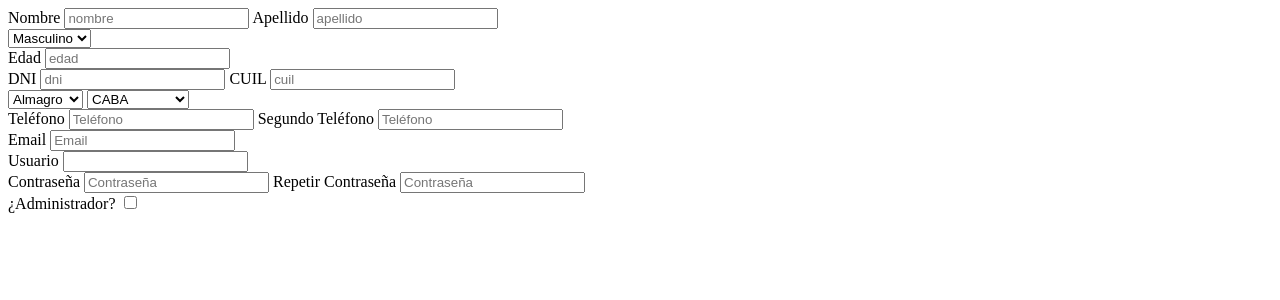
Repository: oskiman18/TP-Final
Page: http://localhost/Tp_integrador_grupo_2/perfil.jsp
These files come from the project's save history. The page is drawn as it stood at one moment and after the next save; the edit follows.
The browser window is 1280 px wide. The pictures show the whole page.
The page is served by Tomcat 9.

Above is the page before, as saved 2021-06-23 16:30:51.

### Tp_integrador_grupo_2/src/main/webapp/perfil.jsp
<%@ page language="java" contentType="text/html; charset=ISO-8859-1"
    pageEncoding="ISO-8859-1"%>
<!DOCTYPE html>
<html>
<head>
<meta charset="ISO-8859-1">
<title> Home </title>
</head>

	<body>
		<form>
			<div>
				<label for='nombre'>Nombre</label>
				<input name='nombre' type='text' placeholder='nombre'>

				<label for='apellido'>Apellido</label>
				<input name='apellido' type='text' placeholder='apellido'>
			</div>

			<div>
				<select>
					<option value='1'> Masculino </option>
					<option value='2'> Femenino </option>
					<option value='3'> Otro </option>
				</select>
			</div>

			<div>
				<label for='edad'>Edad</label>
				<input name='edad' type='number' placeholder='edad'>
			</div>

			<div>
				<label for='dni'>DNI</label>
				<input name='dni' type='number' placeholder='dni'>

				<label for='cuil'>CUIL</label>
				<input name='cuil' type='number' placeholder='cuil'>
			</div>

			<div>
				<select>
					<option value='1'>Almagro</option>
					<option value='2'> Atacama </option>
					<option value='3'> Boedo </option>
				</select>
				<select>
					<option value='1'> CABA </option>
					<option value='2'> Buenos Aires </option>
				</select>
			</div>

			<div>
				<label for='tel'>Teléfono</label>
				<input name='tel' type='number' placeholder='Teléfono'>

				<label for='tel2'>Segundo Teléfono</label>
				<input name='tel2' type='number' placeholder='Teléfono'>
			</div>

			<div>
				<label for='email'>Email</label>
				<input name='email' type='number' placeholder='Email'>
			</div>

		<div>
			<label for='usuario'>Usuario</label>
			<input name='usuario' 'placeholder='usuario'>
		</div>

		<div>
			<label for='pass'> Contraseña </label>
			<input name='pass' type='password' placeholder='Contraseña'>

			<label for='pass2'> Repetir Contraseña </label>
			<input name='pass2' type='password' placeholder='Contraseña'>
		</div>

		<label for='Administrador'>¿Administrador?</label>
		<input type='checkbox' name='Administrador'>

		</form>
	</body>

</html>

After the next save:
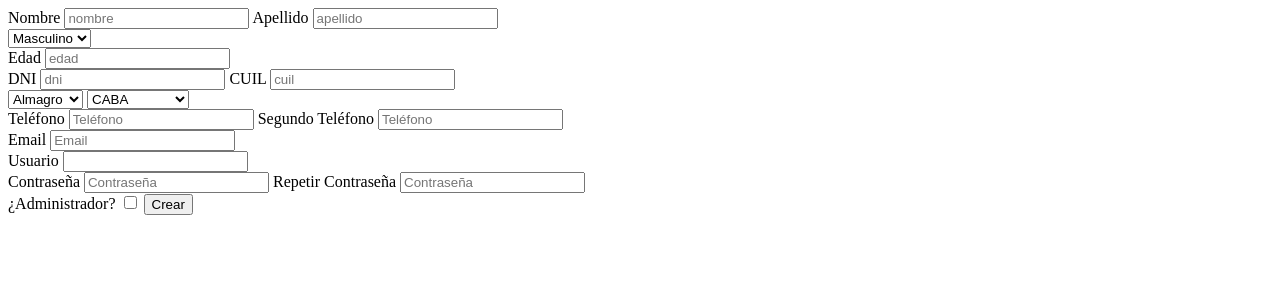
Saved 28 s later.
--- a/Tp_integrador_grupo_2/src/main/webapp/perfil.jsp
+++ b/Tp_integrador_grupo_2/src/main/webapp/perfil.jsp
@@ -79,6 +79,8 @@
 		<label for='Administrador'>¿Administrador?</label>
 		<input type='checkbox' name='Administrador'>
 
+		<input type='submit' value='Crear'>
+
 		</form>
 	</body>
 
